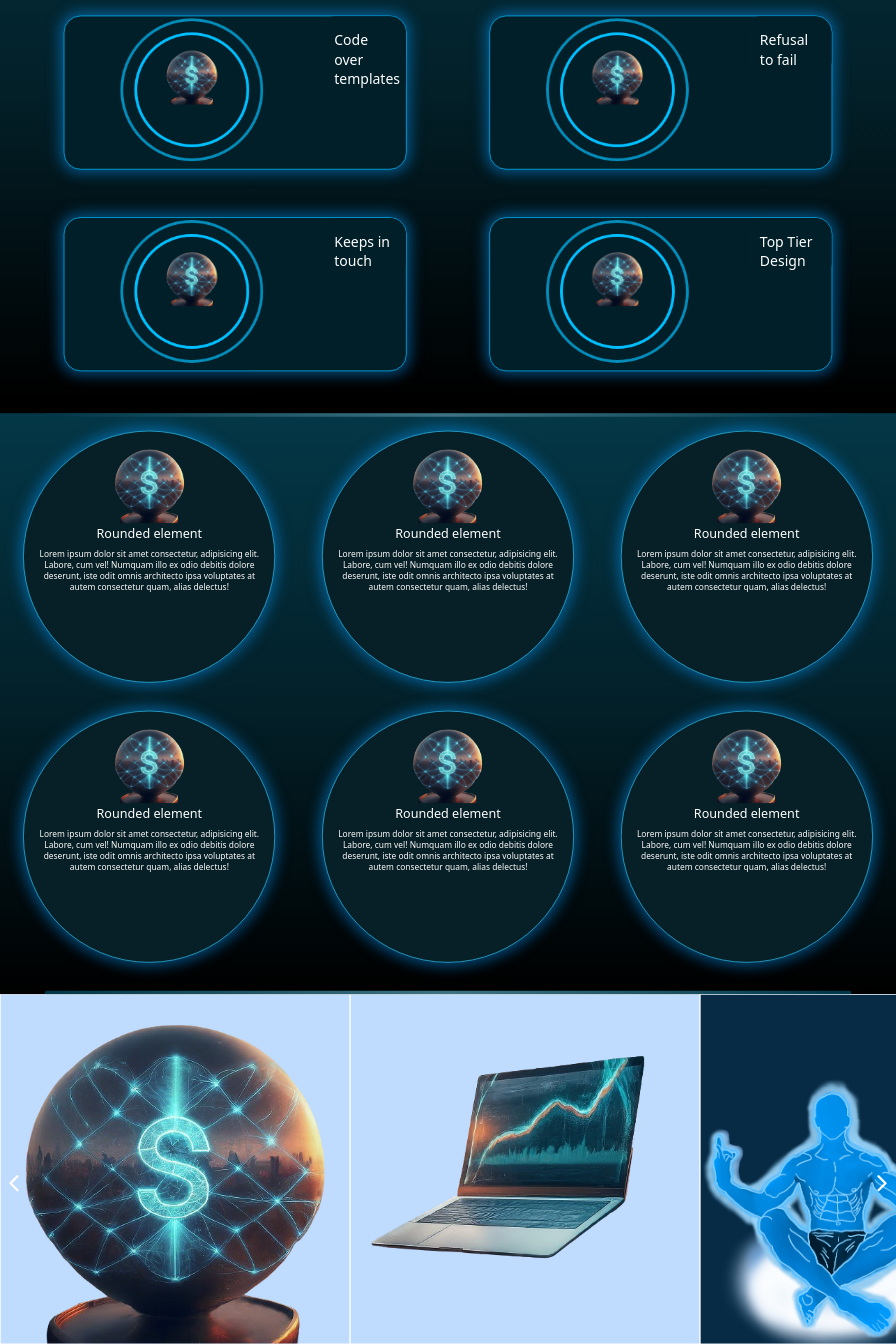
Repository: TMuse333/q3-desings2
Page: /
An editor plug-in stored every save of this project. The page is shown before and after the next save, followed by the edit.
The browser window is 1280 px wide. The pictures show the part of the page from y = 1046 to 2966 px (the page is 2966 px tall), at 70% of full size.
The project was rebuilt for these pictures with package versions that can differ from the ones it lists, and the page was loaded fresh each time. Also part of the build but not shown: vite.config.ts.

Above is the page before, as saved 2024-05-11 14:07:00.

After the next save:
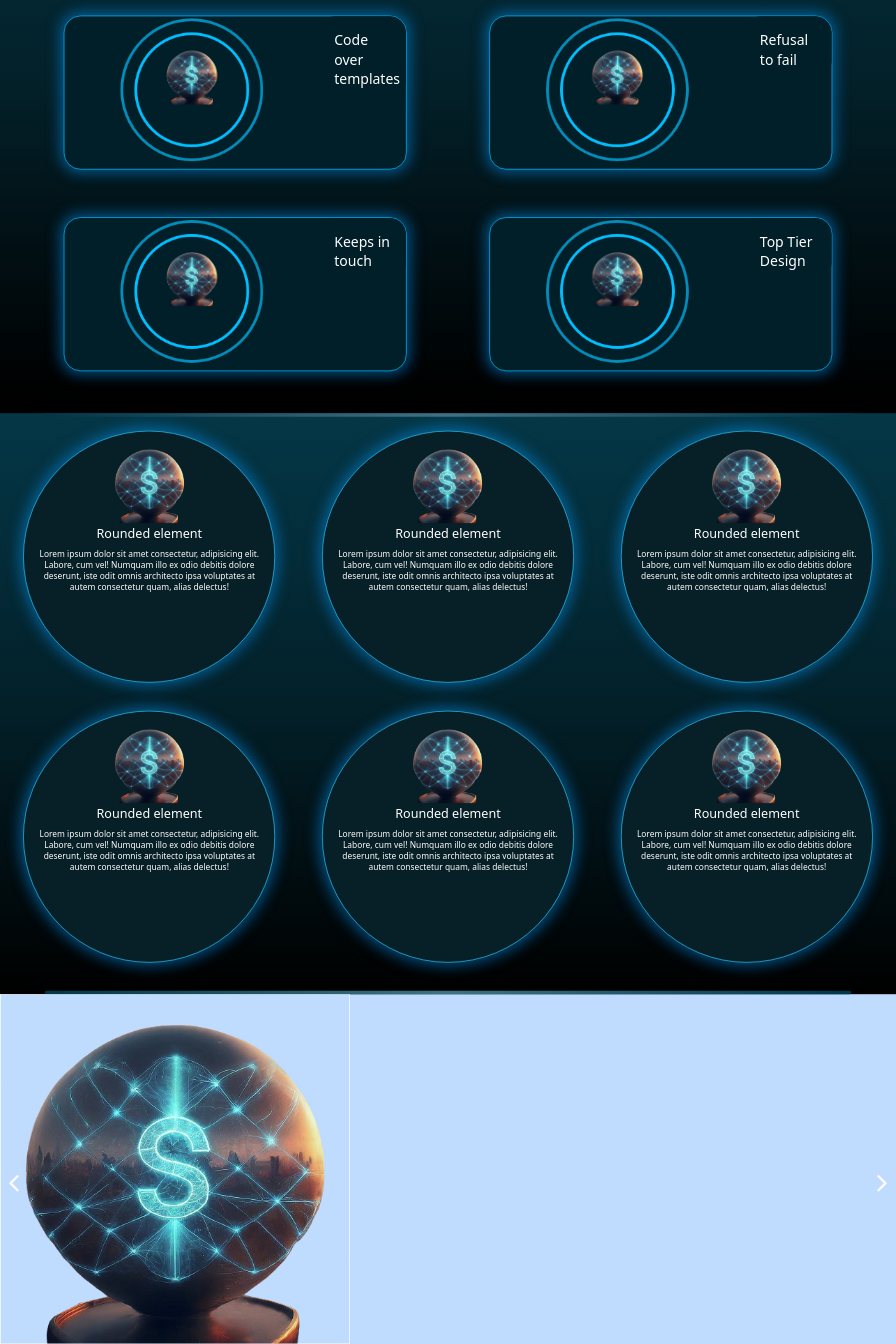
Saved 13 s later.
--- a/src/components/homepage/homepage.tsx
+++ b/src/components/homepage/homepage.tsx
@@ -20,8 +20,8 @@ const Homepage: React.FC = () => {
 
     const images = [
         moneyBall,
-        nobgLaptop,
-        q3
+        // nobgLaptop,
+        // q3
     ]
 
 
